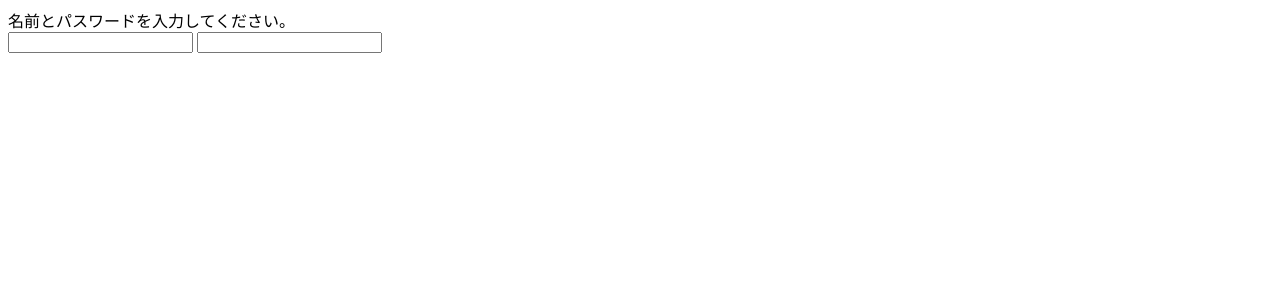
Repository: takanoko/test
Page: http://localhost/HelloServlet/welcome.jsp
These files come from the project's save history. The page is drawn as it stood at one moment and after the next save; the edit follows.
The browser window is 1280 px wide. The pictures show the whole page.
The page is served by Tomcat 9. Other server files are loaded and not shown.

Above is the page before, as saved 2019-04-10 11:07:21.

### HelloServlet/WebContent/welcome.jsp
<%@ page language="java" contentType="text/html; charset=UTF-8"
    pageEncoding="UTF-8"%>
<!DOCTYPE html>
<html>
<head>
<meta charset="UTF-8">
<title>WELCOMW</title>
</head>
<body>
名前とパスワードを入力してください。
<form method="post" action="WelcomeServlet">
<input type="text" name="username">
<input type="password" name="password">
</form>

</body>
</html>

After the next save:
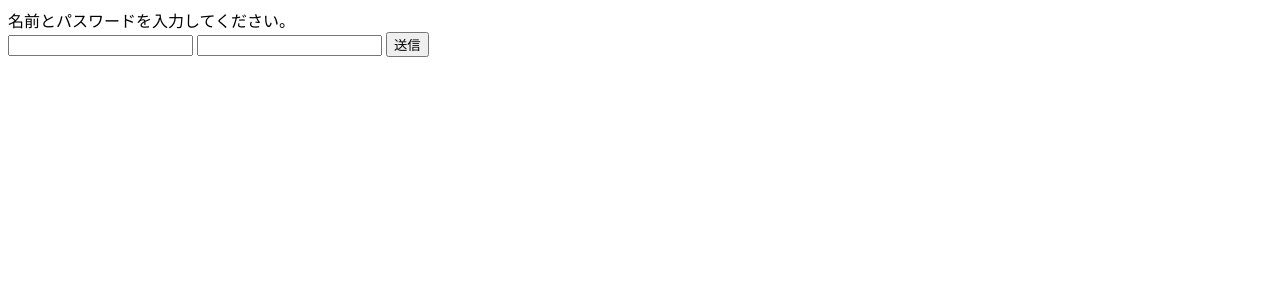
Saved 103 s later.
--- a/HelloServlet/WebContent/welcome.jsp
+++ b/HelloServlet/WebContent/welcome.jsp
@@ -4,13 +4,14 @@
 <html>
 <head>
 <meta charset="UTF-8">
-<title>WELCOMW</title>
+<title>WELCOME</title>
 </head>
 <body>
 名前とパスワードを入力してください。
 <form method="post" action="WelcomeServlet">
 <input type="text" name="username">
 <input type="password" name="password">
+<input type="submit" value="送信">
 </form>
 
 </body>
